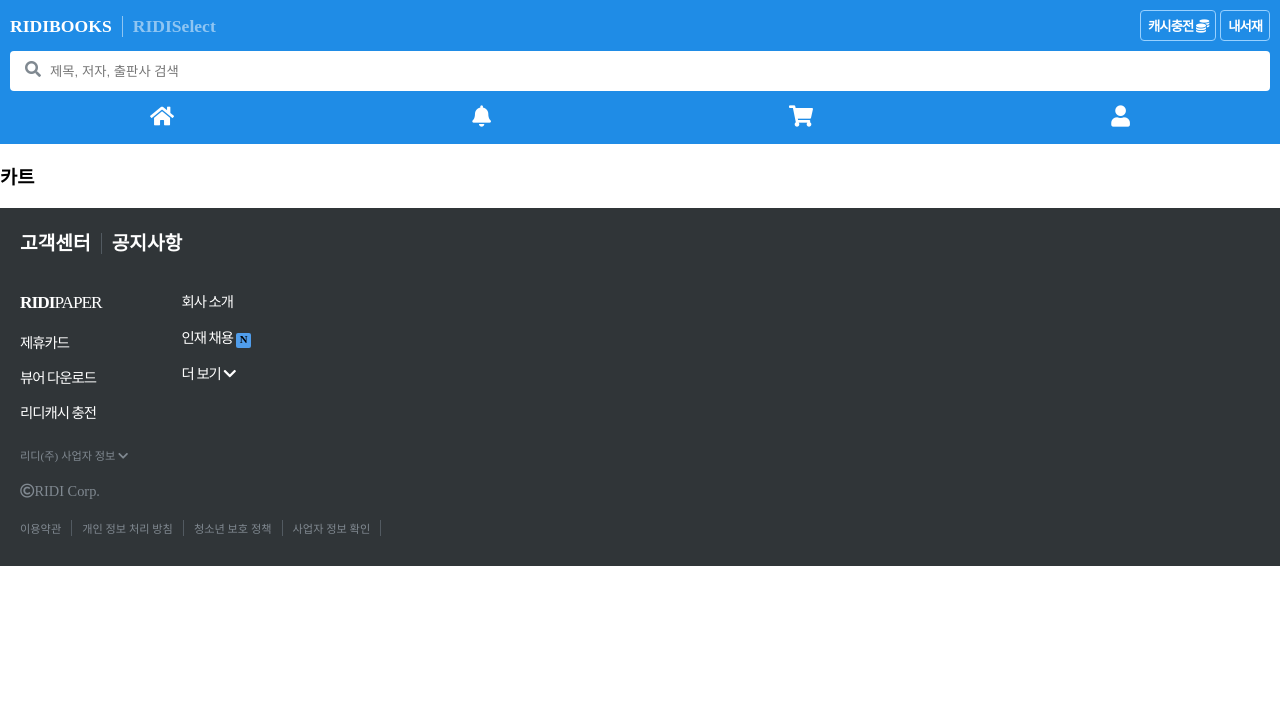
Repository: mega-teamproject/teamproject1
Page: html/myridi.html
These files come from the project's save history. The page is drawn as it stood at one moment and after the next save; the edit follows.
The browser window is 1280 px wide. The pictures show the whole page.

Above is the page before, as saved 2022-01-04 01:19:53.

After the next save:
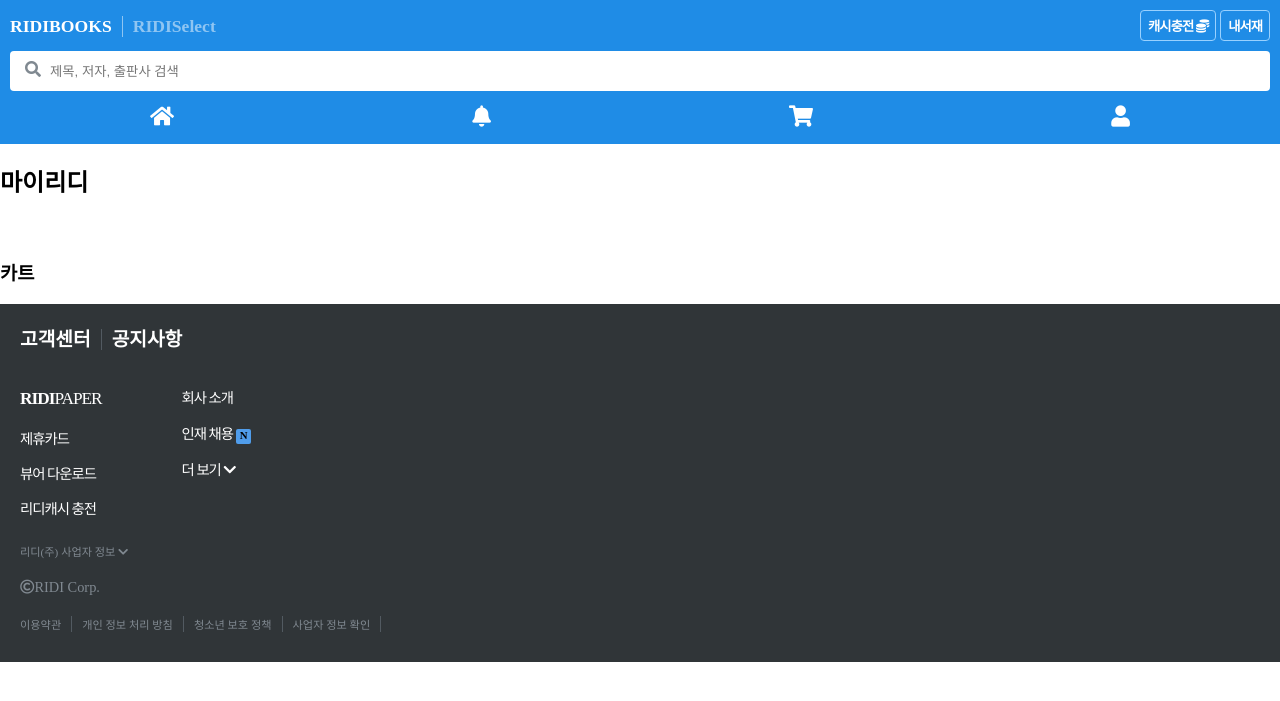
Saved 21 h 3 min later.
--- a/html/myridi.html
+++ b/html/myridi.html
@@ -52,7 +52,45 @@
             </ul>
           </nav>
         </div>
-        <div class="section">
+        <div class="body">
+          <div class="sidebar">
+          <nav>
+            <h2>마이리디</h2>
+            <ul>
+              <li></li>
+              <li>
+                <h4></h4>
+                <ul>
+                  <li></li>
+                  <li></li>
+                  <li></li>
+                  <li></li>
+                  <li></li>
+                  <li></li>
+                </ul>
+              </li>
+              <li>
+                <h4></h4>
+                <ul>
+                  <li></li>
+                  <li></li>
+                  <li></li>
+                  <li></li>
+                </ul>
+              </li>
+              <li>
+                <h4></h4>
+                <ul>
+                  <li></li>
+                  <li></li>
+                  <li></li>
+                  <li></li>
+                </ul>
+              </li>
+            </ul>
+          </nav>
+        </div>
+        <div class="section"></div>
             <section>
                 <h3>카트</h3>
                 <div class="cart">
